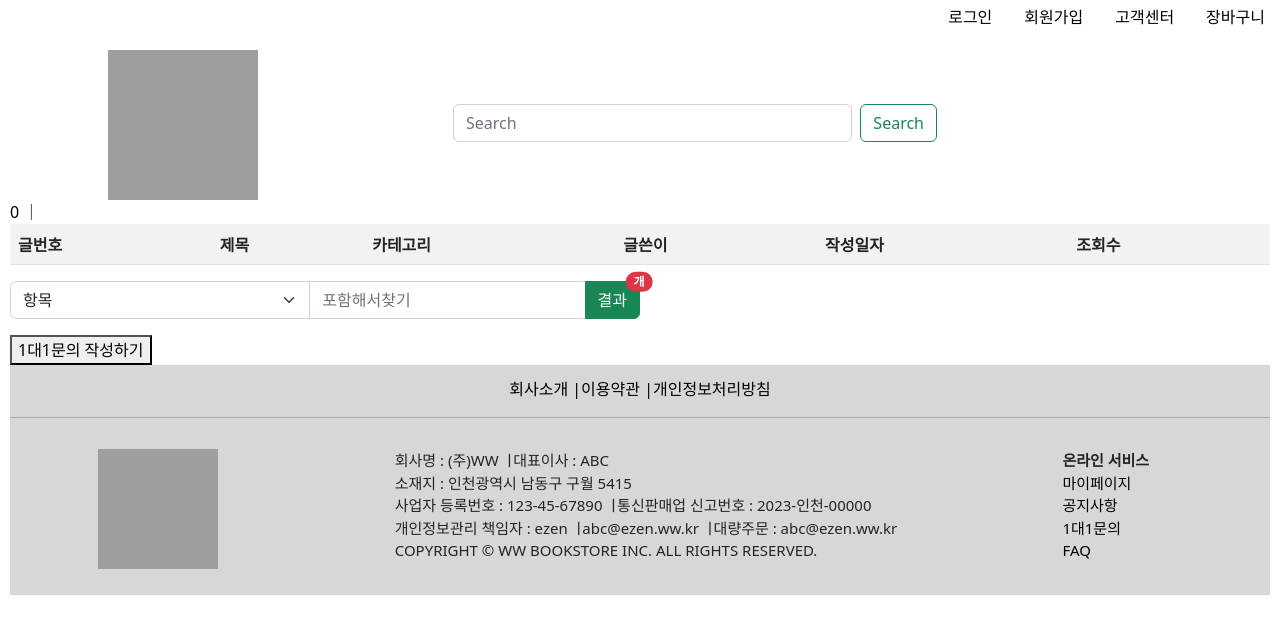
Repository: leehyeonung/project4
Page: http://localhost/book/WEB-INF/views/board/list.jsp
The author's editor kept a copy of each file at every save. The page is drawn from the files as they stood at one save, then again after the next save.
The browser window is 1280 px wide. The pictures show the whole page.
Pictures or frames that could not be fetched are drawn as grey boxes. The page is served by Tomcat 9. Nobody is signed in. The template is opened directly, without the code that normally fills it, so the values that code supplies are empty.

Above is the page before, as saved 2023-01-06 04:17:18.

After the next save:
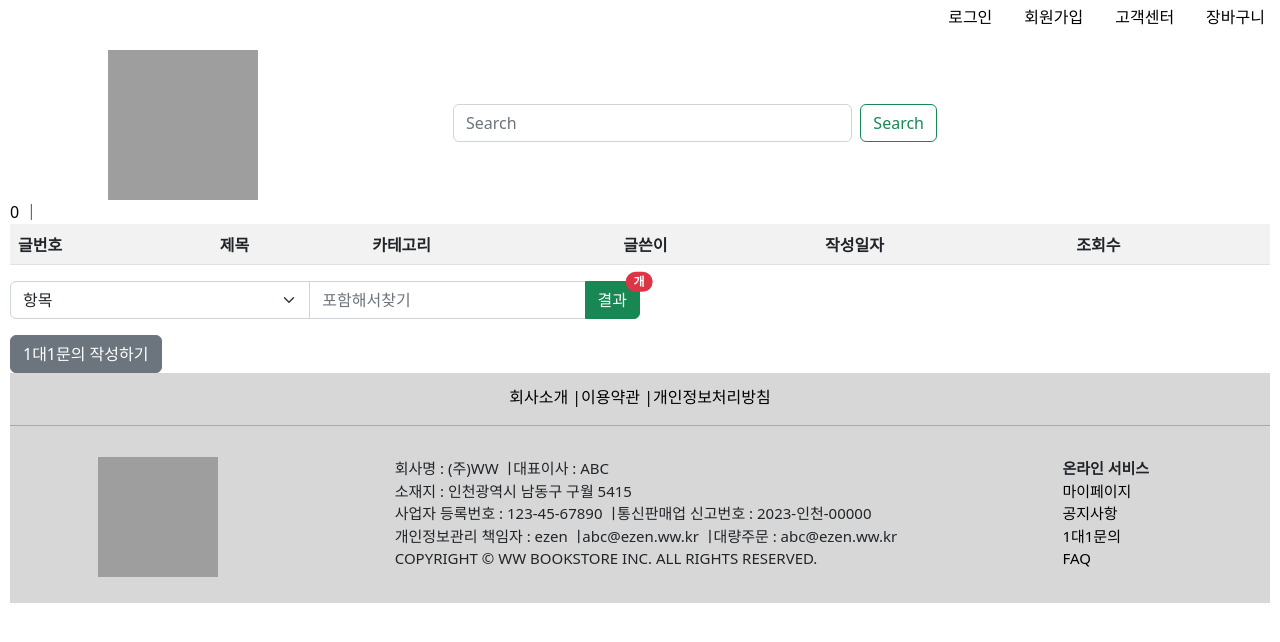
Saved 116 min 34 s later.
--- a/book/src/main/webapp/WEB-INF/views/board/list.jsp
+++ b/book/src/main/webapp/WEB-INF/views/board/list.jsp
@@ -103,7 +103,7 @@
 		</div>
 	</form>
 	</div>
-<a href="/board/register"><button>1대1문의 작성하기</button></a>
+<a href="/board/register"><button class="btn btn-secondary">1대1문의 작성하기</button></a>
 </div>
 <jsp:include page="../layout/footer.jsp"></jsp:include>
 </body>
